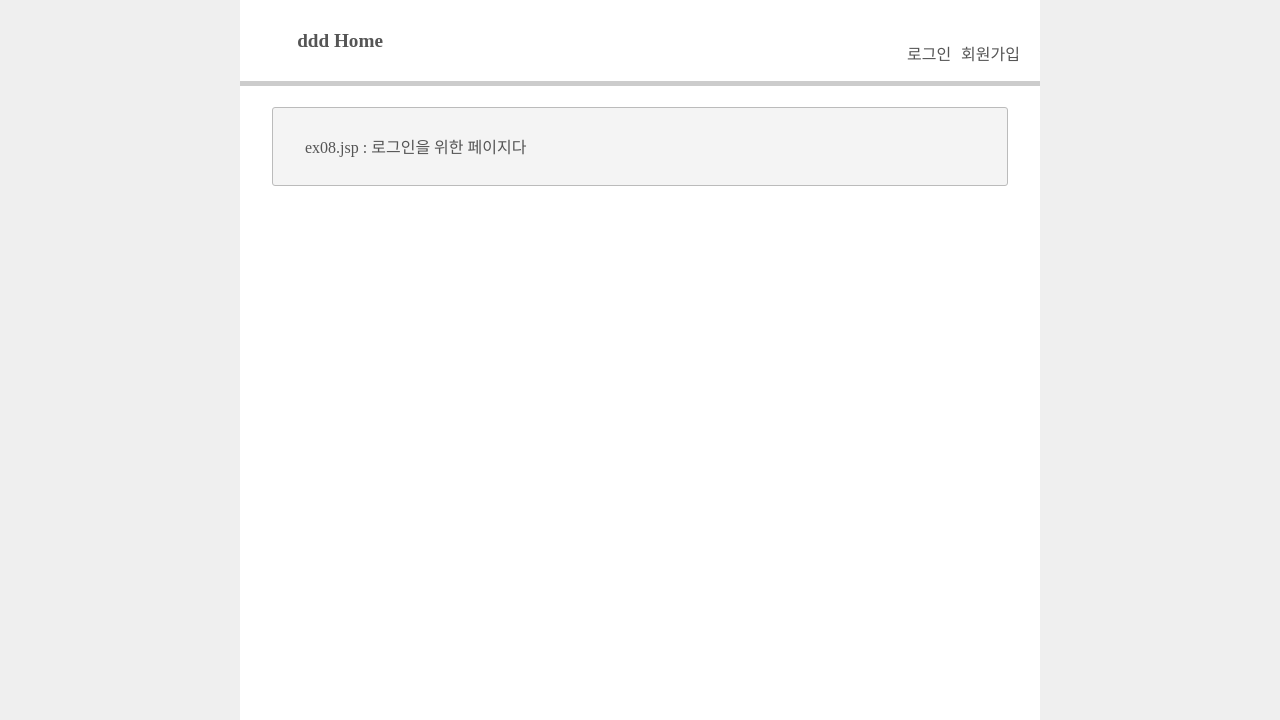
Repository: Deneb0000/JSP
Page: http://localhost/jspPro/days03/ex08.jsp
An editor plug-in stored every save of this project. The page is shown before and after the next save, followed by the edit.
The browser window is 1280 px wide. The pictures show the whole page.
Some web fonts or font styles are not loaded; a fallback is used. The page is served by Tomcat 9.

Above is the page before, as saved 2024-10-17 06:19:49.

After the next save:
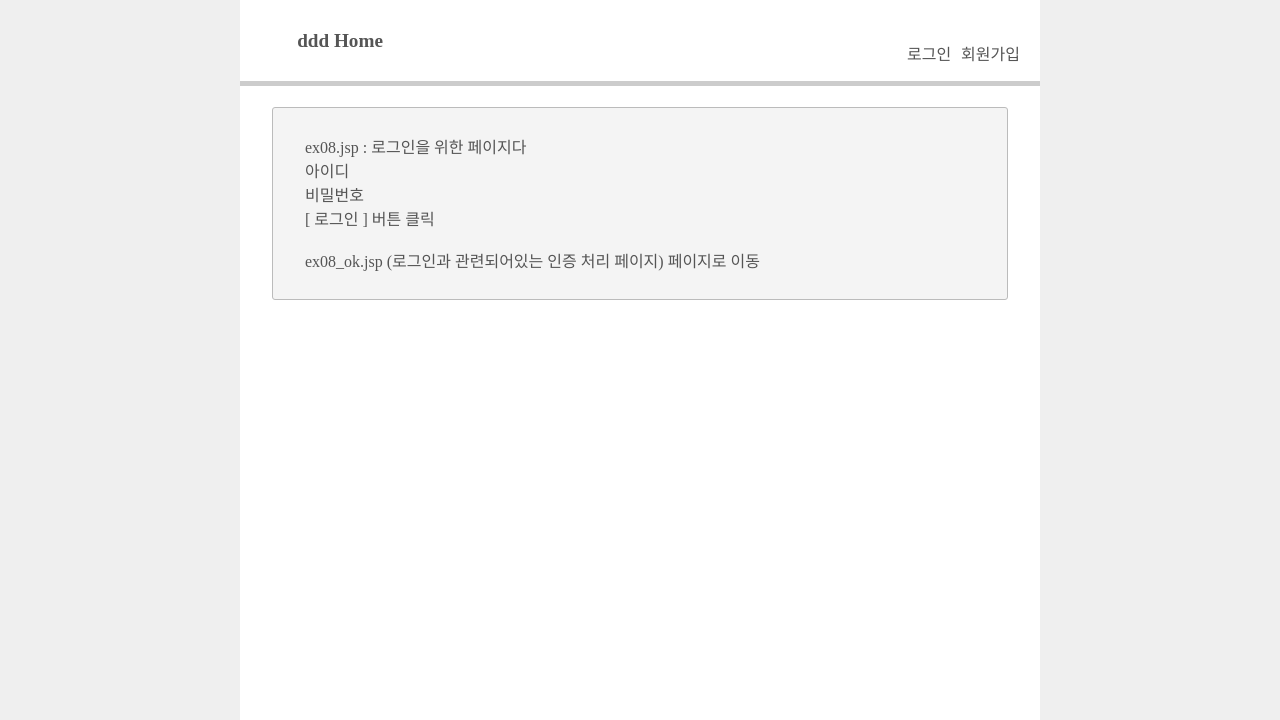
Saved 60 s later.
--- a/jspPro/src/main/webapp/days03/ex08.jsp
+++ b/jspPro/src/main/webapp/days03/ex08.jsp
@@ -27,6 +27,11 @@
 <div>
   <xmp class="code">
     ex08.jsp : 로그인을 위한 페이지다
+    아이디
+    비밀번호
+    [ 로그인 ] 버튼 클릭
+
+    ex08_ok.jsp (로그인과 관련되어있는 인증 처리 페이지) 페이지로 이동
   </xmp>
 </div>
 </body>
